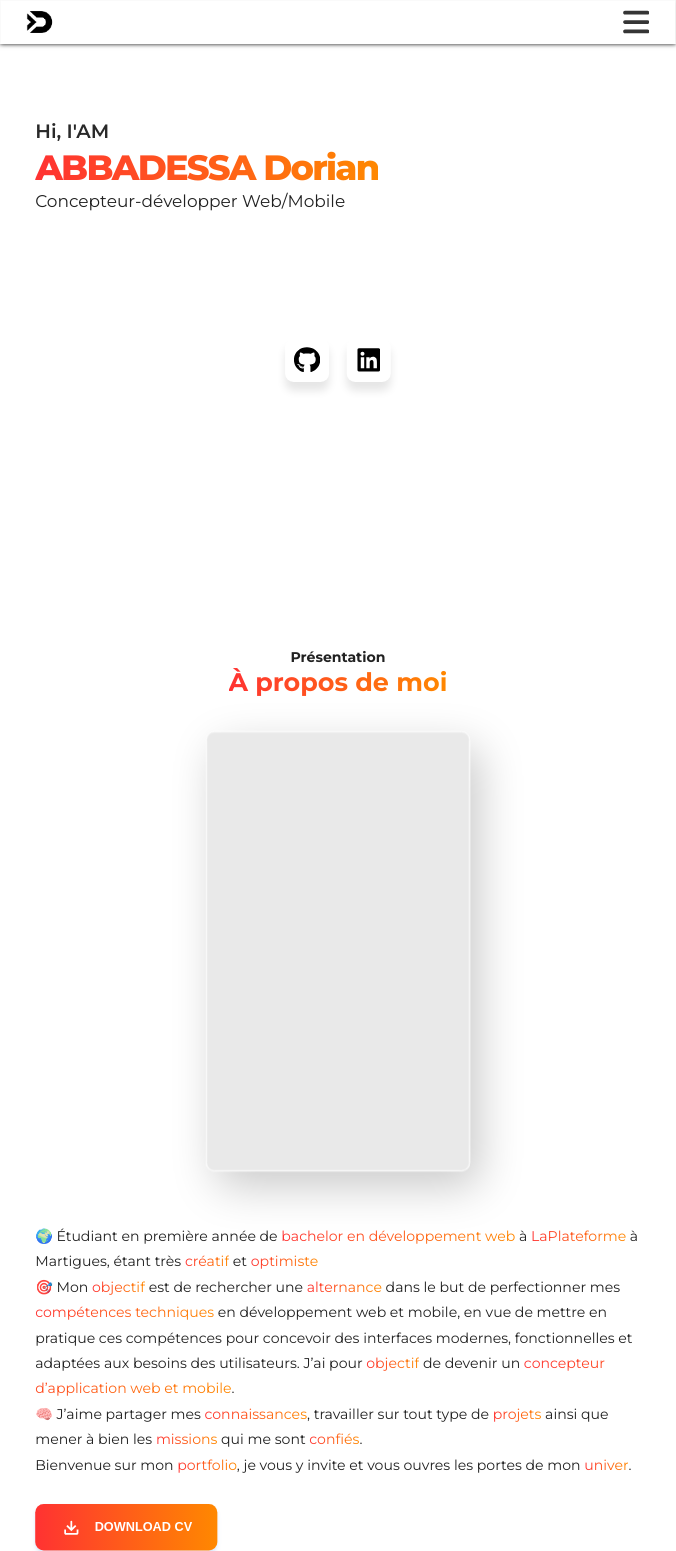
Repository: DorianABDS/Portfolio-ABBADESSA-Dorian
Page: index.html
The author's editor kept a copy of each file at every save. The page is drawn from the files as they stood at one save, then again after the next save.
The browser window is 768 px wide. The pictures show the whole page, at 88% of full size.

Above is the page before, as saved 2024-11-27 22:43:31.

After the next save:
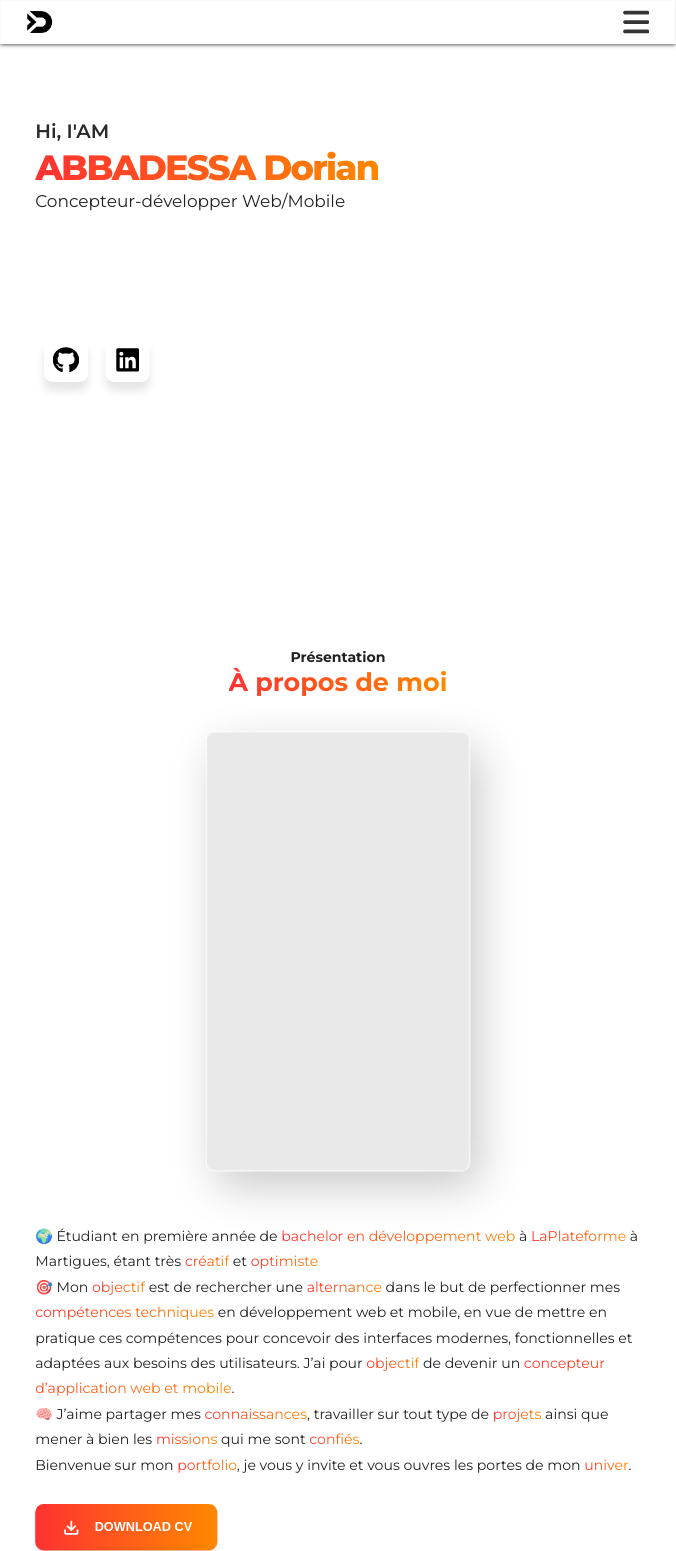
Saved 18 s later.
--- a/style.css
+++ b/style.css
@@ -355,6 +355,8 @@ html, body {
 
     .wrapper {
         padding-top: 0;
+        display: flex;
+        justify-content: flex-start;
     }
 
     .button-cv {
